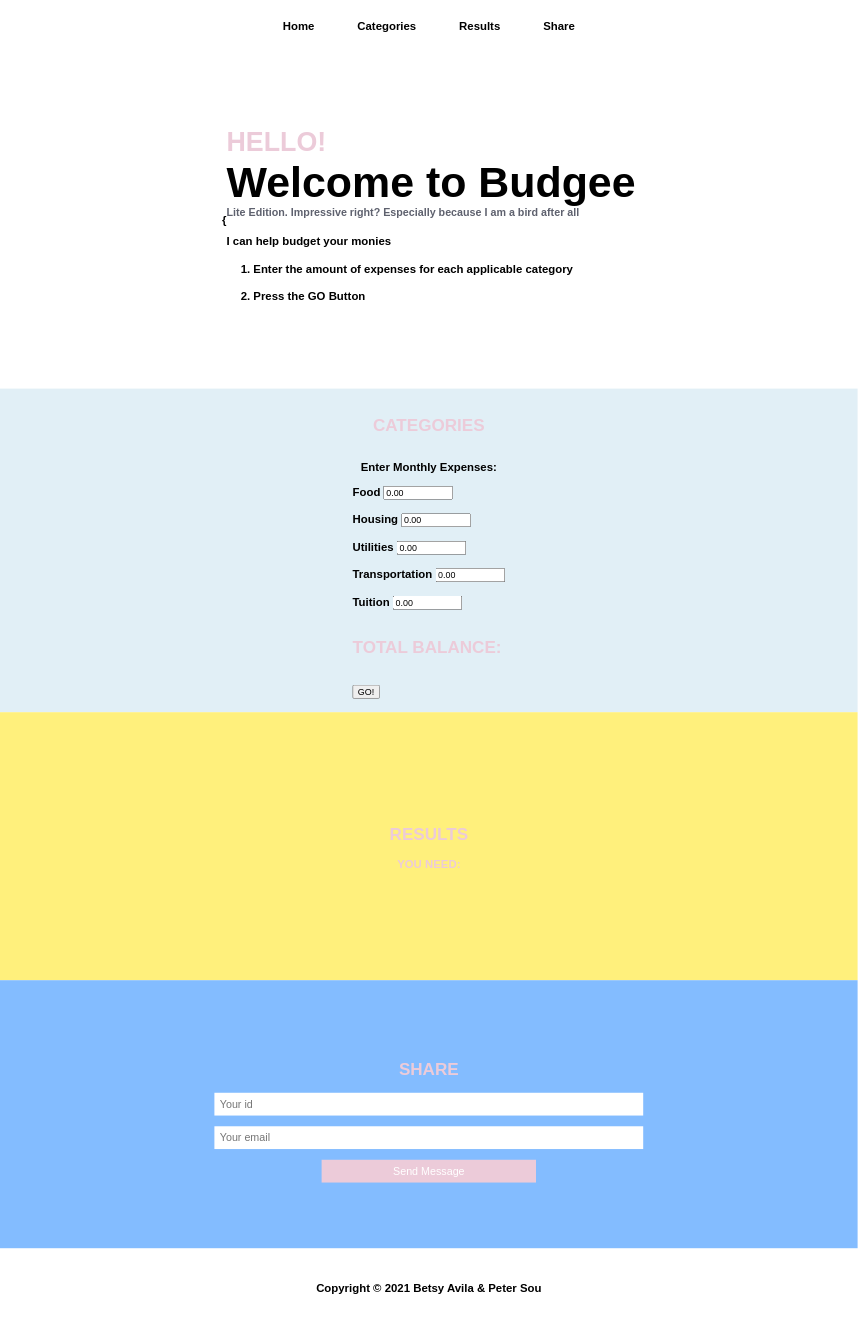
Repository: Peter-Sou/CSE-111-Project-1
Page: http://localhost/
An editor plug-in stored every save of this project. The page is shown before and after the next save, followed by the edit.
The browser window is 1280 px wide. The pictures show the whole page, at 67% of full size.
The page is served by the project's application, run on Django 3.2 (manage.py).

Above is the page before, as saved 2021-12-07 17:58:34.

After the next save:
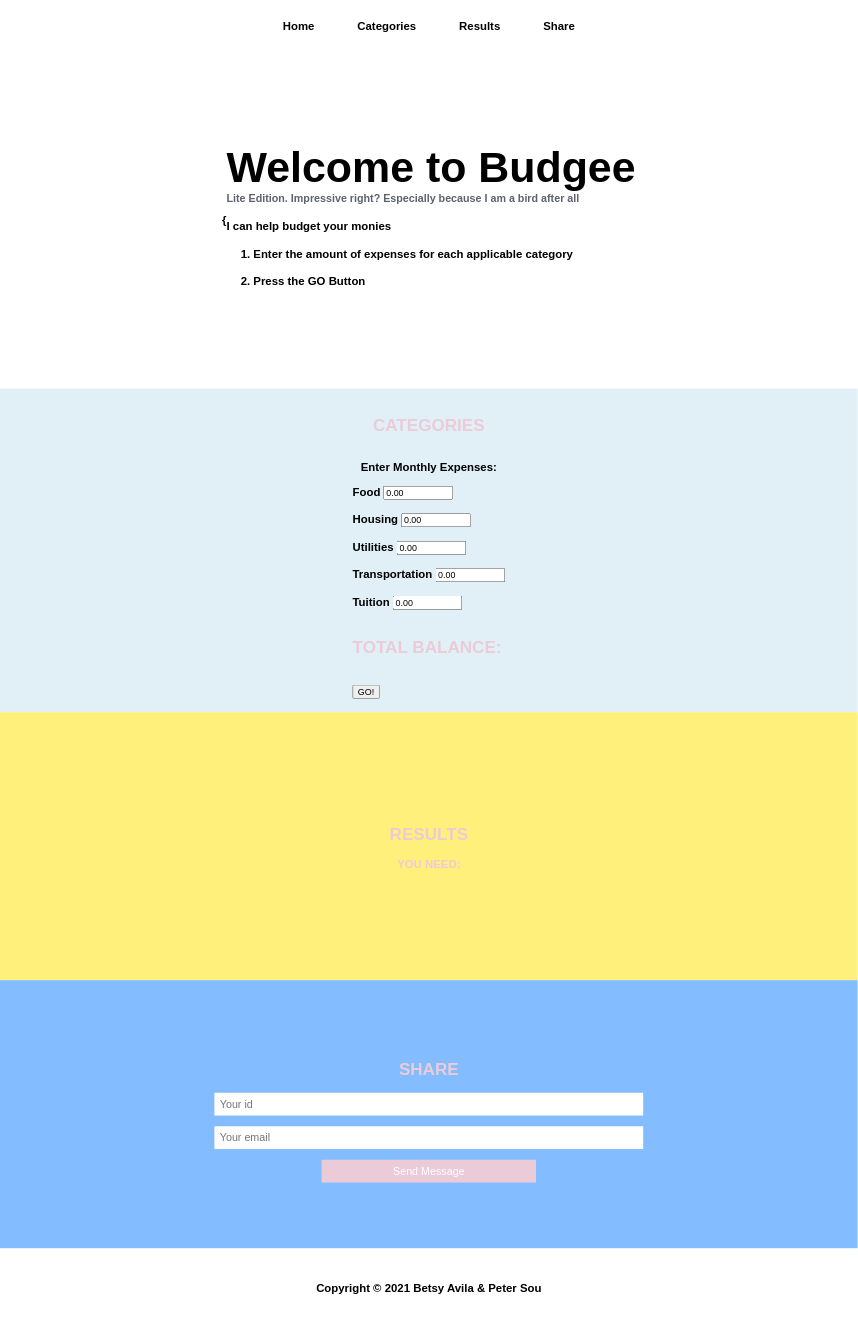
Saved 23 s later.
--- a/ezPC/EZPCAPP/templates/EZPCAPP/hi.html
+++ b/ezPC/EZPCAPP/templates/EZPCAPP/hi.html
@@ -24,7 +24,6 @@
     </nav>
     <header id = 'header'> {
         <div>
-            <h2>Hello!</h2>
             <h1>Welcome to Budgee</h1>
             <h3>Lite Edition. Impressive right? Especially because I am a bird after all</h3>
             <h4>I can help budget your monies</h4>
